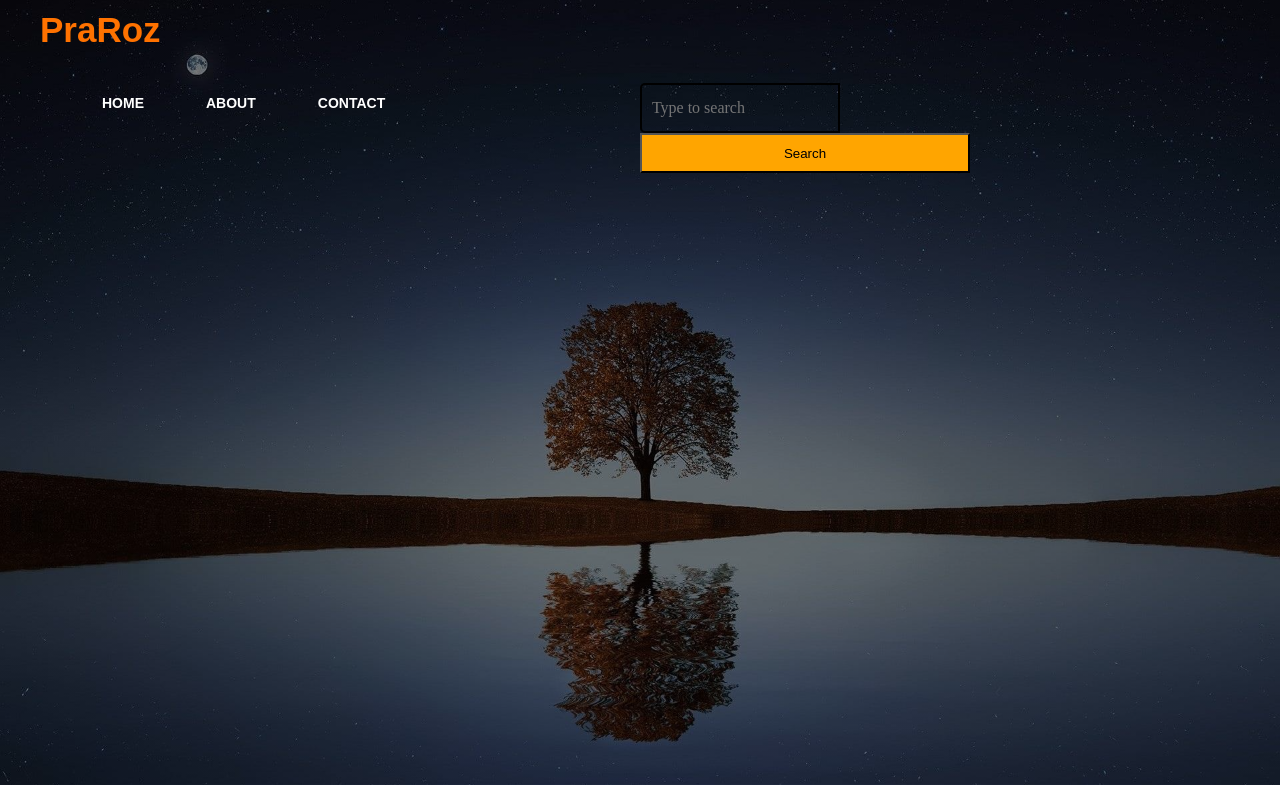
Repository: Cedrqmwesigwa/web-design-course
Page: index.html
An editor plug-in stored every save of this project. The page is shown before and after a run of saves, followed by the edit.
The browser window is 1280 px wide. The pictures show the whole page.

Above is the page before, as saved 2024-04-03 20:08:24.

After the next 2 saves:
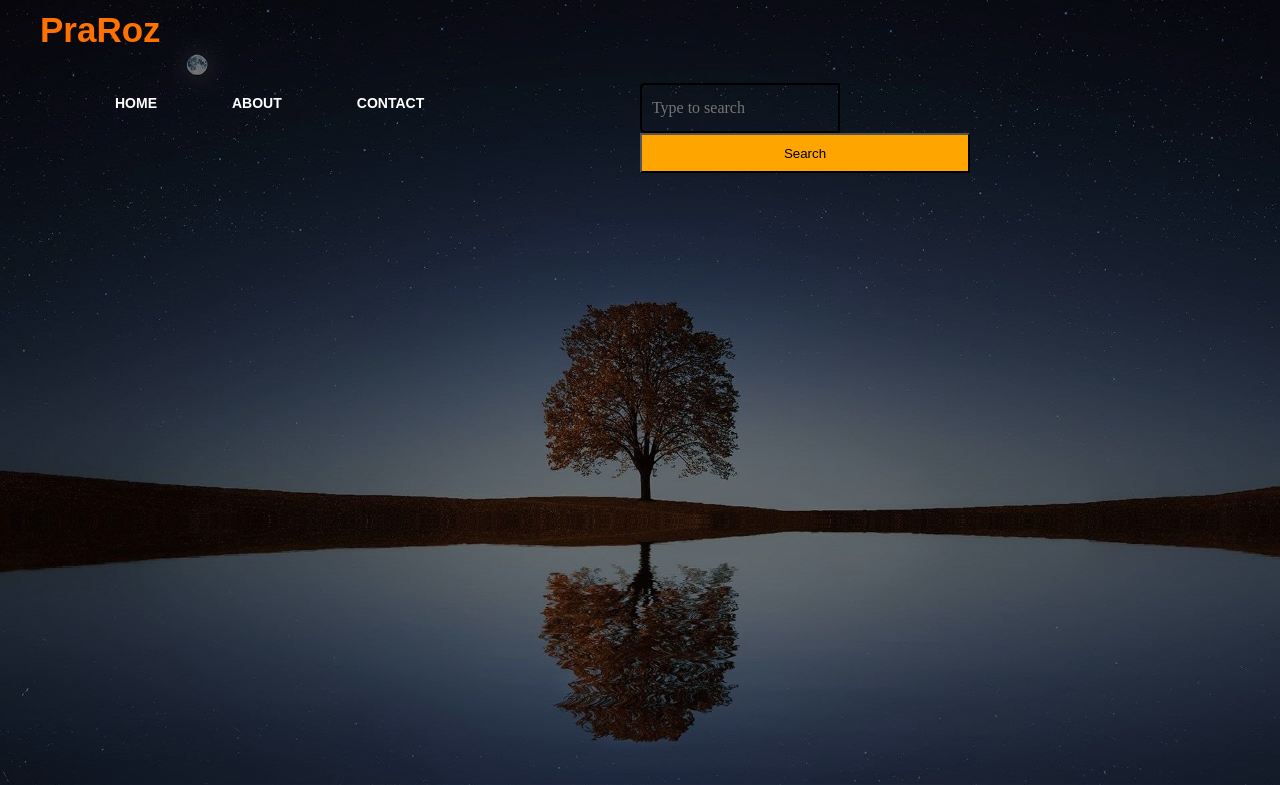
The 2 saves are shown as one change because they came seconds apart.
The last was saved 7 s later.
--- a/style.css
+++ b/style.css
@@ -46,7 +46,7 @@ ul{
 
 ul li{
     list-style: none;
-    margin-left: 62px;
+    margin-left: 75px;
     margin-top: 25px;
     font-size: 14px;
 }
